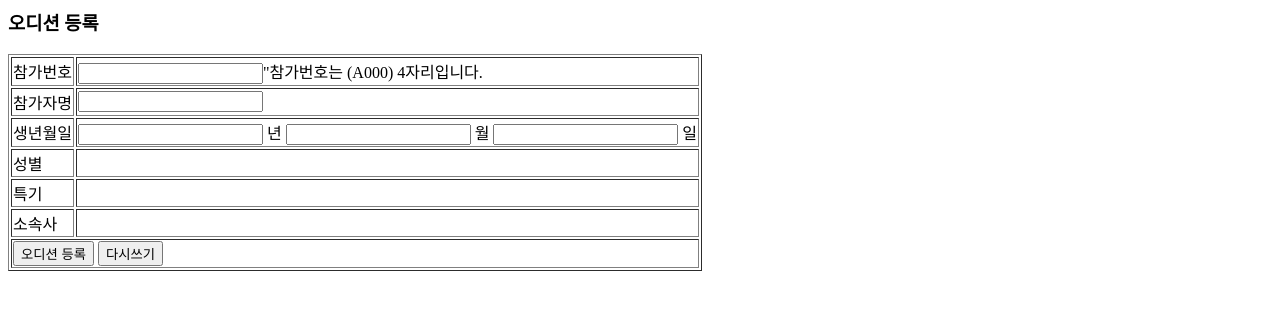
Repository: JQWJ/oudition_jsp
Page: http://localhost/oudition_pro/action/insert_oudition.jsp
The author's editor kept a copy of each file at every save. The page is drawn from the files as they stood at one save, then again after the next save.
The browser window is 1280 px wide. The pictures show the whole page.
The page is served by Tomcat 9.

Above is the page before, as saved 2020-12-09 05:25:31.

After the next save:
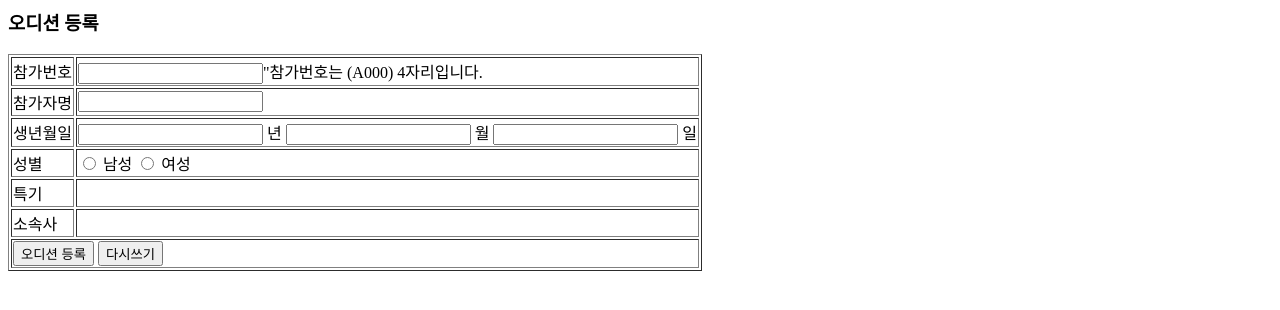
Saved 42 s later.
--- a/oudition_pro/WebContent/action/insert_oudition.jsp
+++ b/oudition_pro/WebContent/action/insert_oudition.jsp
@@ -22,7 +22,10 @@
 		</tr>
 		<tr>
 			<td>성별</td>
-			<td></td>
+			<td>
+				<input type="radio" name="artist_gender" value="M"> 남성
+				<input type="radio" name="artist_gender" value="F"> 여성
+			</td>
 		</tr>
 		<tr>
 			<td>특기</td>
